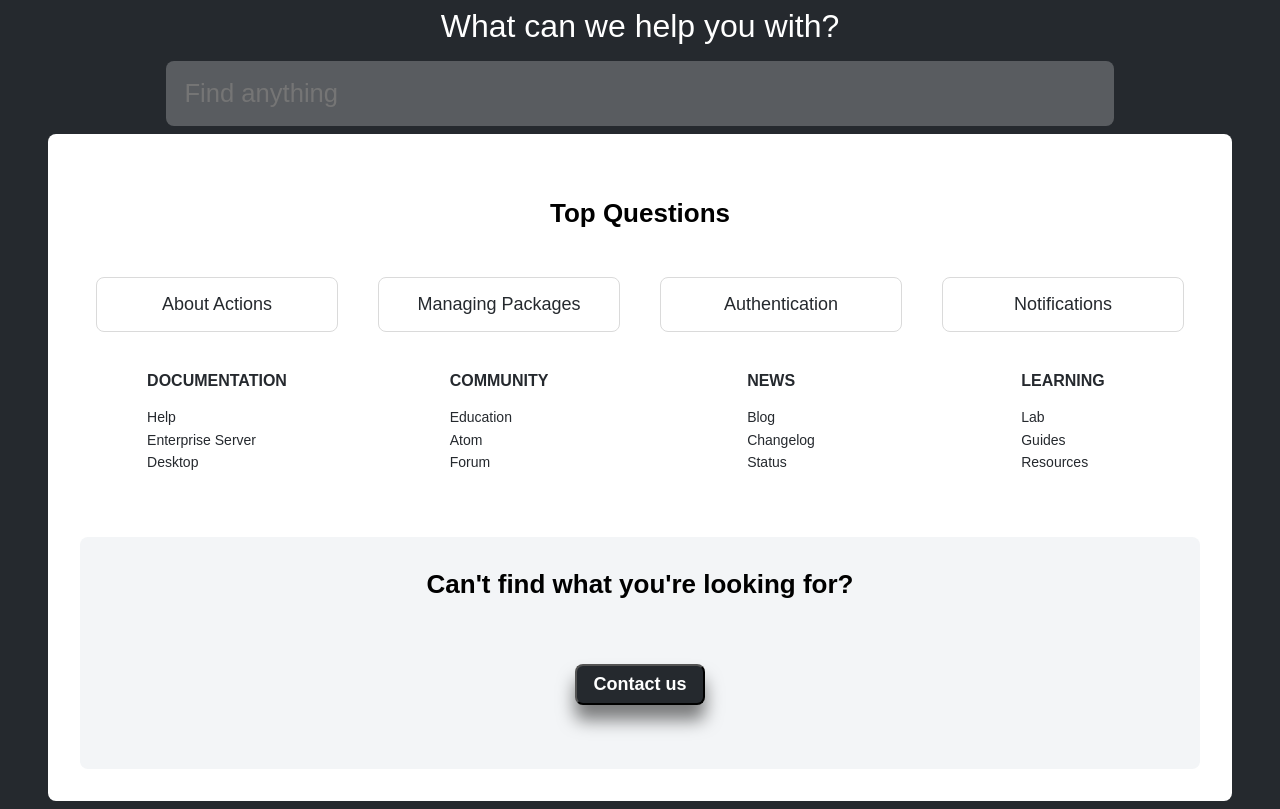
Repository: Hcmwebs/Help-Center-UI-
Page: index.html
These files come from the project's save history. The page is drawn as it stood at one moment and after the next save; the edit follows.
The browser window is 1280 px wide. The pictures show the whole page.
The style sheet was rebuilt from its Sass, Less or Tailwind sources for each picture, by a compiler version that may differ from the author's.

Above is the page before, as saved 2020-08-26 15:50:57.

After the next save:
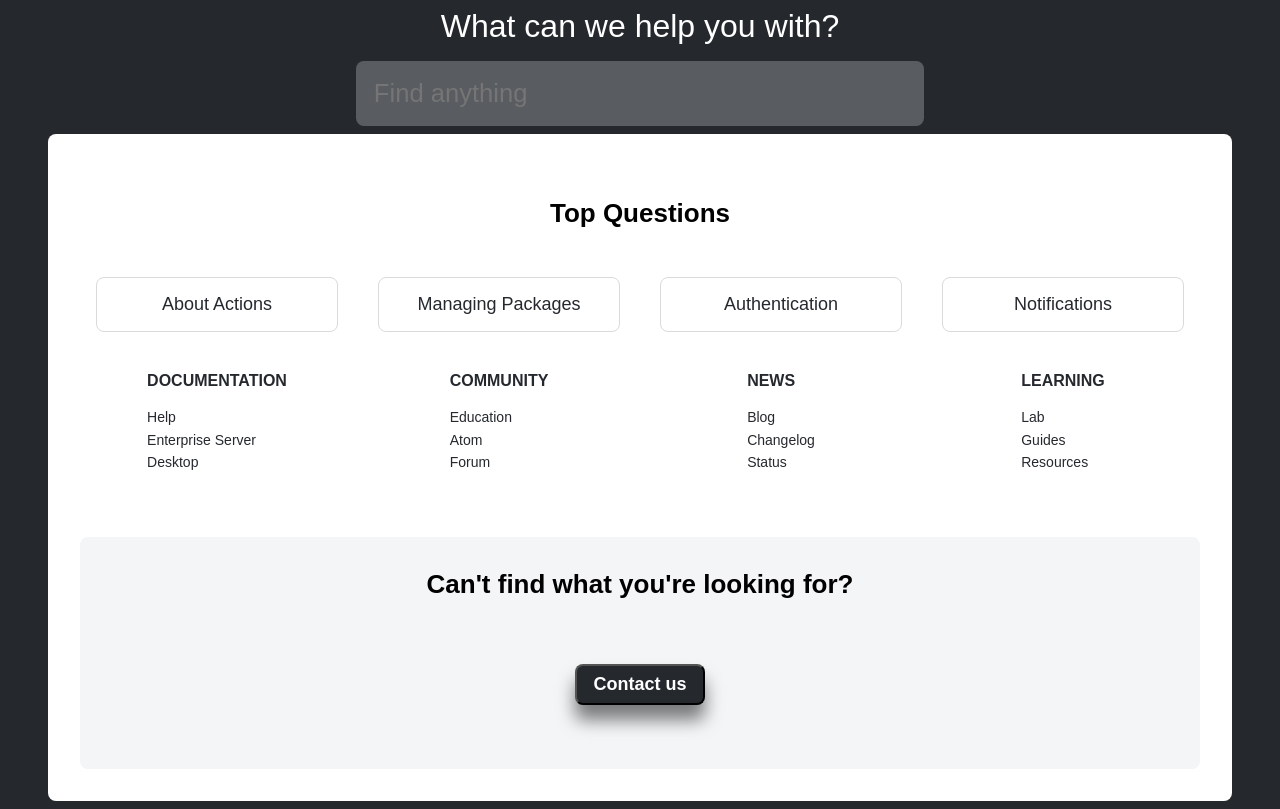
Saved 31 s later.
--- a/scss/_medias.scss
+++ b/scss/_medias.scss
@@ -10,6 +10,10 @@
         header{
             width:80%;
             margin-bottom: 0.5rem;
+
+            input{
+                width: 60%;
+            }
         }
 
         .card{
